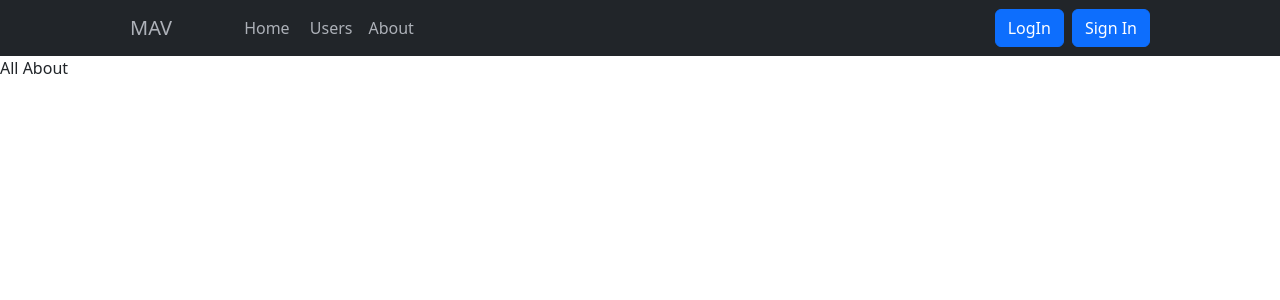
Repository: Dekabrist94/Bootstrap-First-Page
Page: /about
The author's editor kept a copy of each file at every save. The page is drawn from the files as they stood at one save, then again after the next save.
The browser window is 1280 px wide. The pictures show the whole page.
The project was rebuilt for these pictures with package versions that can differ from the ones it lists, and the page was loaded fresh each time. Also part of the build but not shown: src/Slider.js, src/components/Home.js, src/components/Users.js.

Above is the page before, as saved 2023-04-14 22:24:50.

After the next save:
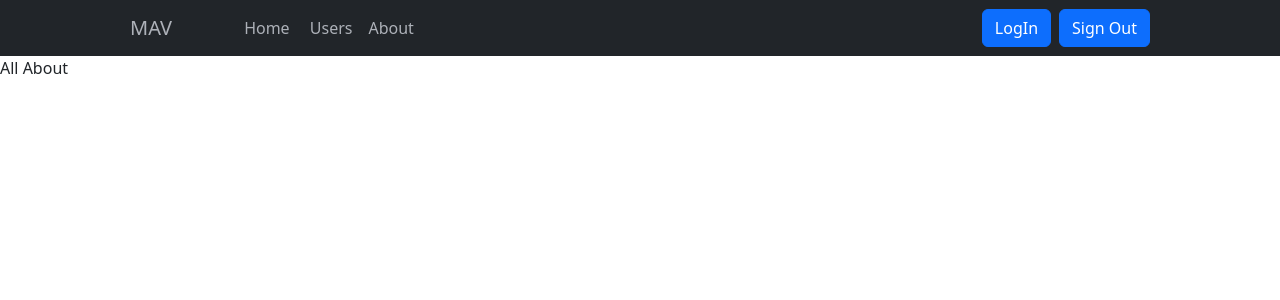
Saved 5 min 15 s later.
--- a/src/components/Navibar.js
+++ b/src/components/Navibar.js
@@ -47,7 +47,7 @@ export const Navibar = () => {
                   LogIn
                 </Button>
                 <Button variant="primary" onClick={handleShow}>
-                  Sign In
+                  Sign Out
                 </Button>
               </Nav>
             </Navbar.Collapse>
